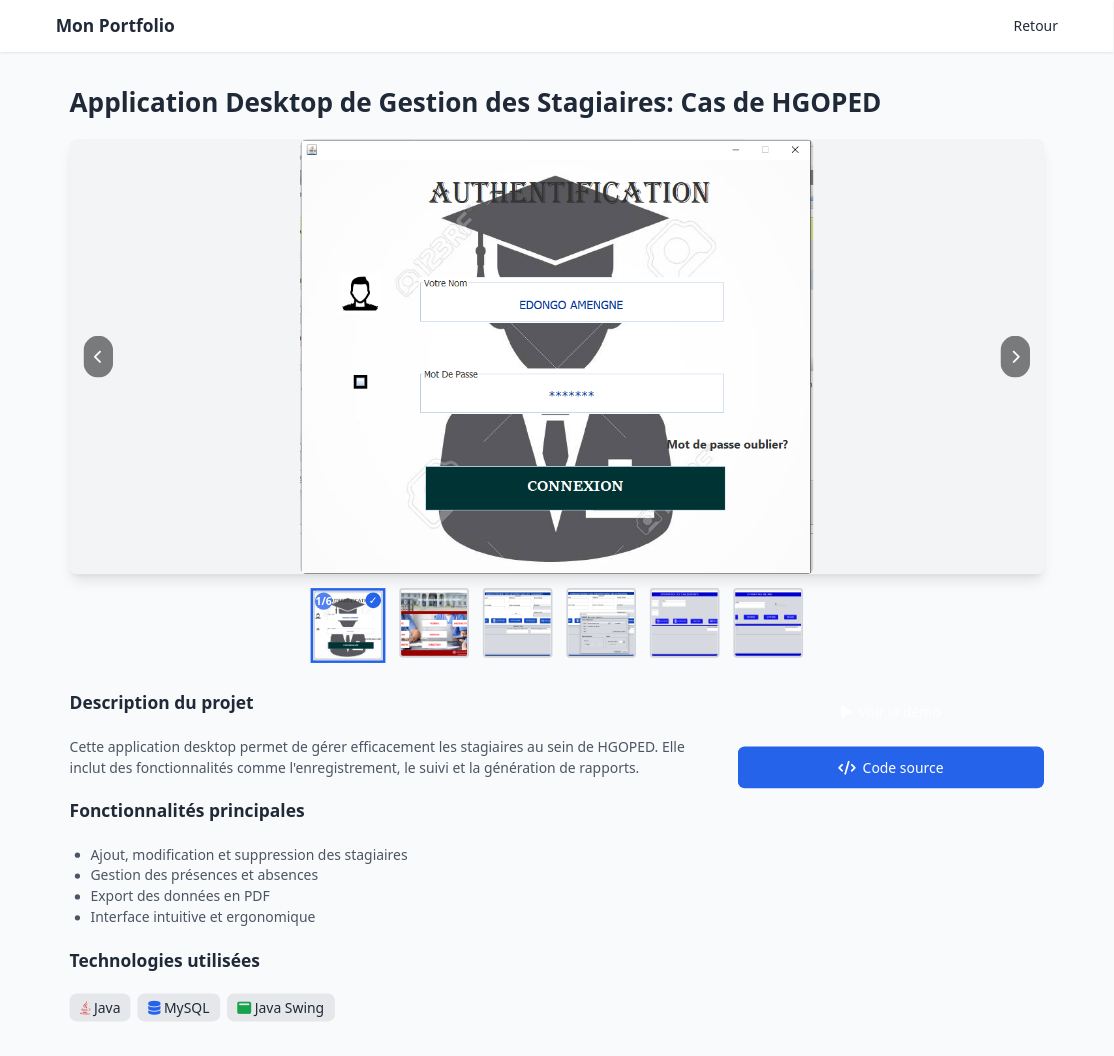
Repository: Edongo999/landry-portfolio
Page: projet-gestion-stagiaires.html
These files come from the project's save history. The page is drawn as it stood at one moment and after the next save; the edit follows.
The browser window is 1280 px wide. The pictures show the whole page, at 87% of full size.
Some web libraries are served in a nearby version.

Above is the page before, as saved 2025-09-14 02:48:15.

### projet-gestion-stagiaires.html

<!DOCTYPE html>
<html lang="fr">
<head>
  <meta charset="UTF-8" />
  <meta name="viewport" content="width=device-width, initial-scale=1.0" />
  <title>Détail du projet - Portfolio</title>
  <script src="https://cdn.tailwindcss.com"></script>
  <link rel="stylesheet" href="https://cdnjs.cloudflare.com/ajax/libs/font-awesome/6.4.0/css/all.min.css">
  <style>
    /* Miniature active */
    .thumb-active {
      border: 3px solid #2563eb !important; /* bordure bleue */
      position: relative;
    }
    /* Overlay ✓ */
    .thumb-active::after {
      content: "✓";
      position: absolute;
      top: 2px;
      right: 2px;
      background-color: #2563eb;
      color: white;
      font-size: 12px;
      width: 18px;
      height: 18px;
      border-radius: 50%;
      display: flex;
      align-items: center;
      justify-content: center;
    }
    /* Numéro indicateur */
    .thumb-number {
      position: absolute;
      top: 2px;
      left: 2px;
      background-color: rgba(37,99,235,0.8);
      color: white;
      font-size: 12px;
      width: 20px;
      height: 20px;
      border-radius: 50%;
      display: flex;
      align-items: center;
      justify-content: center;
      font-weight: bold;
    }
  </style>
</head>
<body class="bg-gray-50 text-gray-800">

  <!-- Header -->
  <header class="bg-white shadow p-4 sticky top-0 z-50">
    <div class="max-w-6xl mx-auto flex justify-between items-center">
      <h1 class="text-xl font-bold">Mon Portfolio</h1>
      <!-- Lien vers la section Mes Projets -->
      <a href="index.html#projects" class="text-primary-600 hover:underline">Retour</a>
    </div>
  </header>

  <!-- Section Détail Projet -->
  <section class="max-w-6xl mx-auto px-4 py-10">
 <h2 class="text-3xl font-bold mb-6">Application Desktop de Gestion des Stagiaires: Cas de HGOPED</h2>



    <!-- Slider images/vidéos -->
    <div class="relative w-full max-h-[500px] mx-auto overflow-hidden rounded-lg shadow-lg mb-4 flex justify-center items-center bg-gray-100">
      <div id="slide-container" class="w-full flex justify-center items-center"></div>
      <button onclick="prevSlide()" class="absolute top-1/2 left-4 transform -translate-y-1/2 bg-black/50 text-white p-3 rounded-full z-10">
        <i class="fas fa-chevron-left"></i>
      </button>
      <button onclick="nextSlide()" class="absolute top-1/2 right-4 transform -translate-y-1/2 bg-black/50 text-white p-3 rounded-full z-10">
        <i class="fas fa-chevron-right"></i>
      </button>
    </div>

    <!-- Miniatures -->
    <div class="flex justify-center gap-4 mb-8 relative" id="thumbnails">
      <div class="relative"><img src="assets/img/GESTION_STA1.PNG" class="w-20 h-20 object-cover cursor-pointer border-2 border-gray-300 rounded" onclick="goToSlide(0)"></div>
      <div class="relative"><img src="assets/img/application desktop.PNG" class="w-20 h-20 object-cover cursor-pointer border-2 border-gray-300 rounded" onclick="goToSlide(1)"></div>
      <div class="relative"><img src="assets/img/application desktop2.PNG" class="w-20 h-20 object-cover cursor-pointer border-2 border-gray-300 rounded" onclick="goToSlide(2)"></div>
      <div class="relative"><img src="assets/img/application desktop3.PNG" class="w-20 h-20 object-cover cursor-pointer border-2 border-gray-300 rounded" onclick="goToSlide(3)"></div>
      <div class="relative"><img src="assets/img/application desktop4.PNG" class="w-20 h-20 object-cover cursor-pointer border-2 border-gray-300 rounded" onclick="goToSlide(4)"></div>
      <div class="relative"><img src="assets/img/application desktop5.PNG" class="w-20 h-20 object-cover cursor-pointer border-2 border-gray-300 rounded" onclick="goToSlide(5)"></div>
    </div>

    <!-- Description + boutons -->
    <div class="grid grid-cols-1 md:grid-cols-3 gap-8">
      <div class="md:col-span-2 space-y-6">
        <h3 class="text-xl font-semibold mb-2">Description du projet</h3>
        <p class="text-gray-600 mb-4">
          Cette application desktop permet de gérer efficacement les stagiaires au sein de HGOPED.
          Elle inclut des fonctionnalités comme l'enregistrement, le suivi et la génération de rapports.
        </p>

        <h3 class="text-xl font-semibold mb-2">Fonctionnalités principales</h3>
        <ul class="list-disc pl-6 text-gray-600 mb-4">
          <li>Ajout, modification et suppression des stagiaires</li>
          <li>Gestion des présences et absences</li>
          <li>Export des données en PDF</li>
          <li>Interface intuitive et ergonomique</li>
        </ul>

        <h3 class="text-xl font-semibold mb-2">Technologies utilisées</h3>
        <div class="flex flex-wrap gap-2 mb-4">
          <span class="flex items-center gap-1 px-3 py-1 bg-gray-200 rounded-lg"><i class="fab fa-java text-red-600"></i> Java</span>
          <span class="flex items-center gap-1 px-3 py-1 bg-gray-200 rounded-lg"><i class="fas fa-database text-blue-600"></i> MySQL</span>
          <span class="flex items-center gap-1 px-3 py-1 bg-gray-200 rounded-lg"><i class="fas fa-window-maximize text-green-600"></i> Java Swing</span>
        </div>
      </div>

      <div class="flex flex-col gap-4 md:sticky md:top-32">
        <a href="projet-gestion-stagiaires.html" class="flex items-center justify-center w-full bg-primary-600 text-white py-3 rounded-lg text-center hover:bg-primary-700">
          <i class="fas fa-play mr-2"></i> Voir la démo
        </a>
        <a href="https://github.com/toncompte/nom-du-projet" target="_blank" class="flex items-center justify-center w-full bg-blue-600 text-white py-3 rounded-lg text-center hover:bg-blue-700">
          <i class="fas fa-code mr-2"></i> Code source
        </a>
      </div>
    </div>
  </section>

<script>
  const slides = [
    { type: 'image', src: "assets/img/GESTION_STA1.PNG" },
    { type: 'image', src: "assets/img/application desktop.PNG" },
    { type: 'image', src: "assets/img/application desktop2.PNG" },
    { type: 'image', src: "assets/img/application desktop3.PNG" },
    { type: 'image', src: "assets/img/application desktop4.PNG" },
    { type: 'image', src: "assets/img/application desktop5.PNG" },
  ];

  let index = 0;
  let slideInterval;
  let userInteracting = false;

  const container = document.getElementById("slide-container");
  const thumbContainers = document.querySelectorAll('#thumbnails > div');
  const thumbs = document.querySelectorAll('#thumbnails img');

  function showSlide() {
    container.innerHTML = '';
    const slide = slides[index];
    const img = document.createElement("img");
    img.src = slide.src;
    img.alt = "Capture du projet";
    img.className = "w-auto max-h-[500px] object-contain rounded-lg transition-all duration-700";
    container.appendChild(img);

    // Miniatures et numéro
    thumbContainers.forEach((div, i) => {
      const oldNum = div.querySelector('.thumb-number');
      if(oldNum) oldNum.remove();
      div.classList.toggle('thumb-active', i === index);
      if(i === index){
        const num = document.createElement('span');
        num.className = 'thumb-number';
        num.textContent = `${i+1}/${slides.length}`;
        div.appendChild(num);
      }
    });
  }

  function nextSlide() { index = (index + 1) % slides.length; showSlide(); }
  function prevSlide() { index = (index - 1 + slides.length) % slides.length; showSlide(); }
  function goToSlide(i){ index = i; showSlide(); }

  function startAutoSlide() { slideInterval = setInterval(()=>{ if(!userInteracting) nextSlide(); }, 20000); }
  function stopAutoSlide(){ clearInterval(slideInterval); }

  const slideWrapper = document.querySelector('.relative');

  slideWrapper.addEventListener('mouseenter', () => userInteracting = true);
  slideWrapper.addEventListener('mouseleave', () => userInteracting = false);

  thumbs.forEach((thumb, i)=>{
    thumb.addEventListener('click', ()=>{
      userInteracting = true;
      goToSlide(i);
      setTimeout(()=> userInteracting=false,2000);
    });
  });

  document.querySelector('.absolute.left-4').addEventListener('click', ()=>{
    userInteracting=true;
    prevSlide();
    setTimeout(()=> userInteracting=false,2000);
  });
  document.querySelector('.absolute.right-4').addEventListener('click', ()=>{
    userInteracting=true;
    nextSlide();
    setTimeout(()=> userInteracting=false,2000);
  });

  showSlide();
  startAutoSlide();
</script>
</body>
</html>

After the next save:
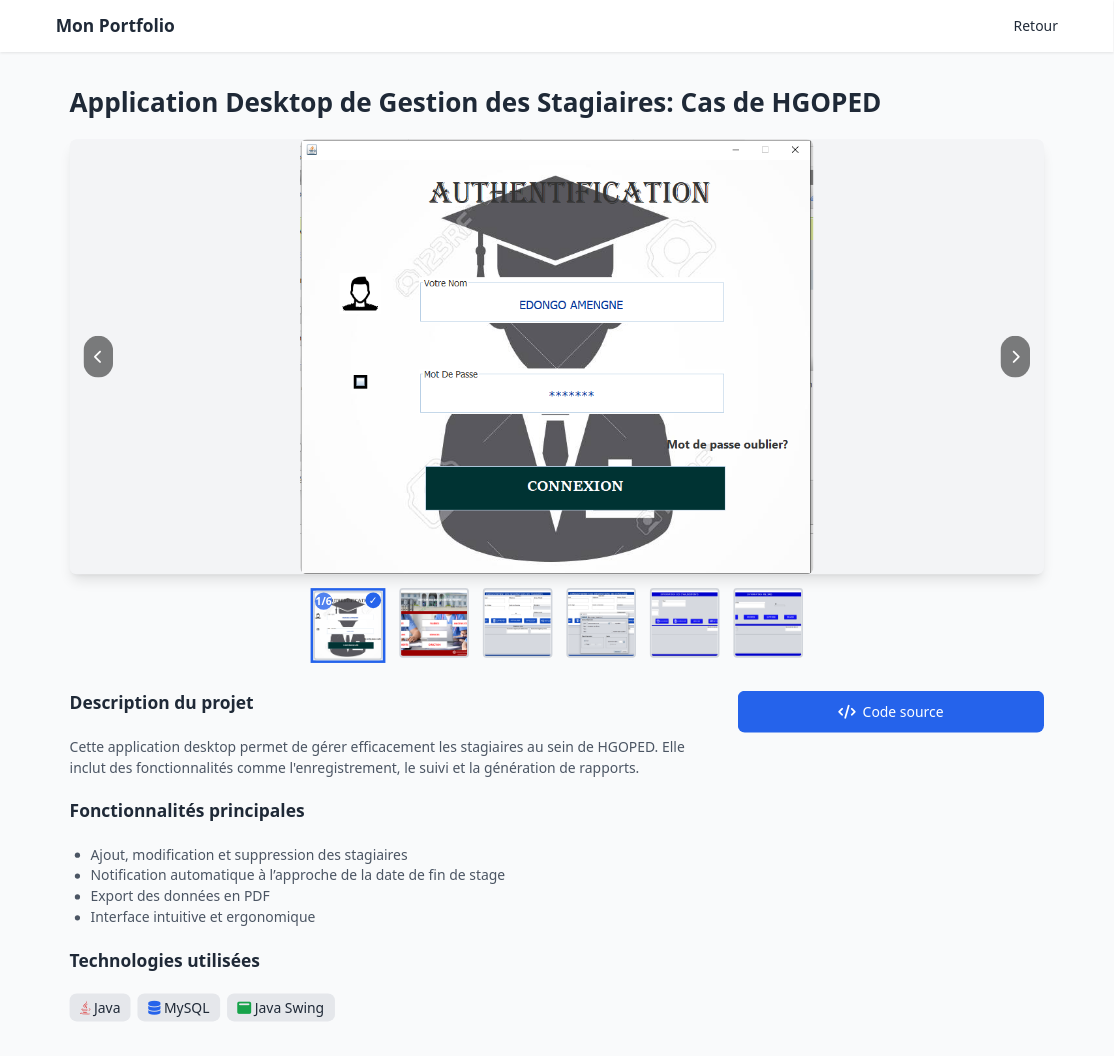
Saved 3 min 0 s later.
--- a/projet-gestion-stagiaires.html
+++ b/projet-gestion-stagiaires.html
@@ -97,7 +97,7 @@
         <h3 class="text-xl font-semibold mb-2">Fonctionnalités principales</h3>
         <ul class="list-disc pl-6 text-gray-600 mb-4">
           <li>Ajout, modification et suppression des stagiaires</li>
-          <li>Gestion des présences et absences</li>
+          <li> Notification automatique à l’approche de la date de fin de stage</li>
           <li>Export des données en PDF</li>
           <li>Interface intuitive et ergonomique</li>
         </ul>
@@ -111,10 +111,8 @@
       </div>
 
       <div class="flex flex-col gap-4 md:sticky md:top-32">
-        <a href="projet-gestion-stagiaires.html" class="flex items-center justify-center w-full bg-primary-600 text-white py-3 rounded-lg text-center hover:bg-primary-700">
-          <i class="fas fa-play mr-2"></i> Voir la démo
-        </a>
-        <a href="https://github.com/toncompte/nom-du-projet" target="_blank" class="flex items-center justify-center w-full bg-blue-600 text-white py-3 rounded-lg text-center hover:bg-blue-700">
+
+        <a href="https://github.com/Edongo999/Application_de_gestion-des_stagiaires.git" target="_blank" class="flex items-center justify-center w-full bg-blue-600 text-white py-3 rounded-lg text-center hover:bg-blue-700">
           <i class="fas fa-code mr-2"></i> Code source
         </a>
       </div>
